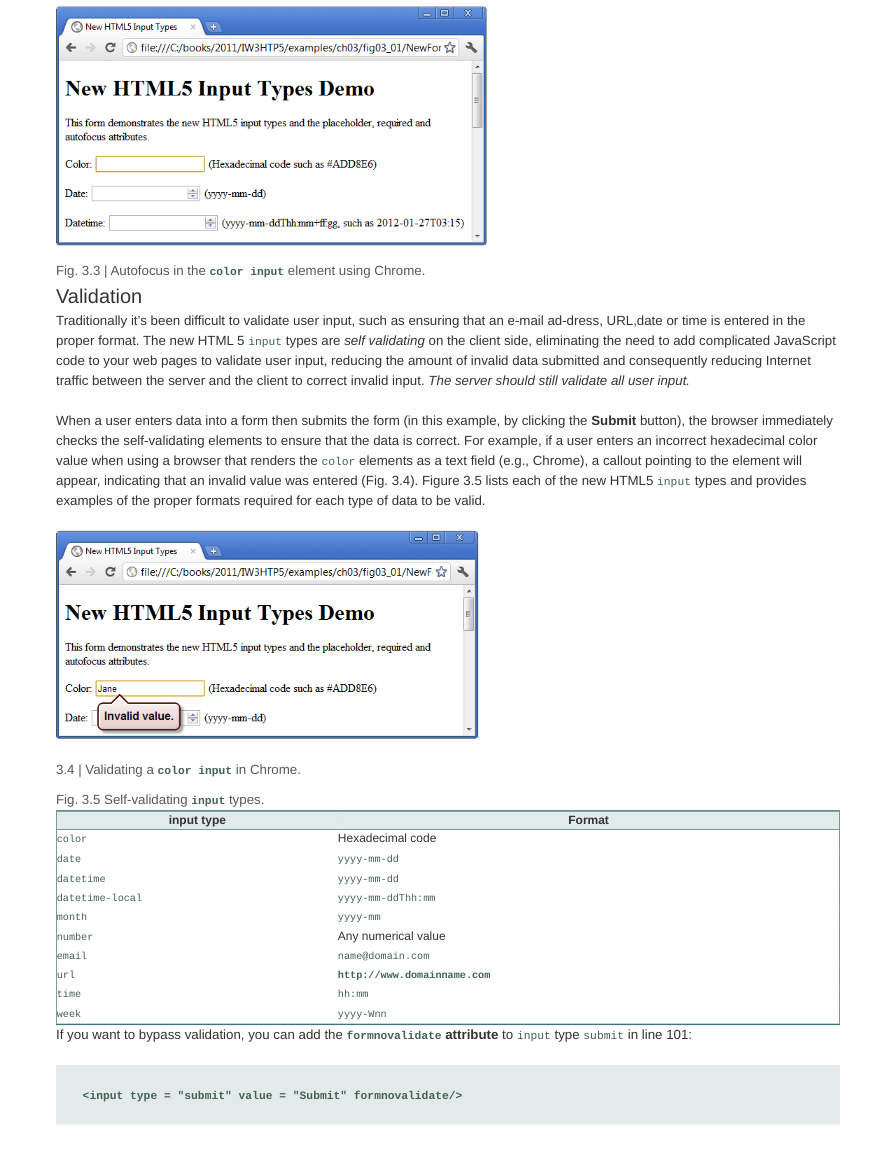
Repository: mlmEFSC21/P4-Textbook-Copy
Page: index.html
The author's editor kept a copy of each file at every save. The page is drawn from the files as they stood at one save, then again after the next save.
The browser window is 1280 px wide. The pictures show the part of the page from y = 869 to 2789 px (the page is 2532 px tall before and 2789 px after), at 70% of full size.

Above is the page before, as saved 2022-02-03 18:57:55.

After the next save:
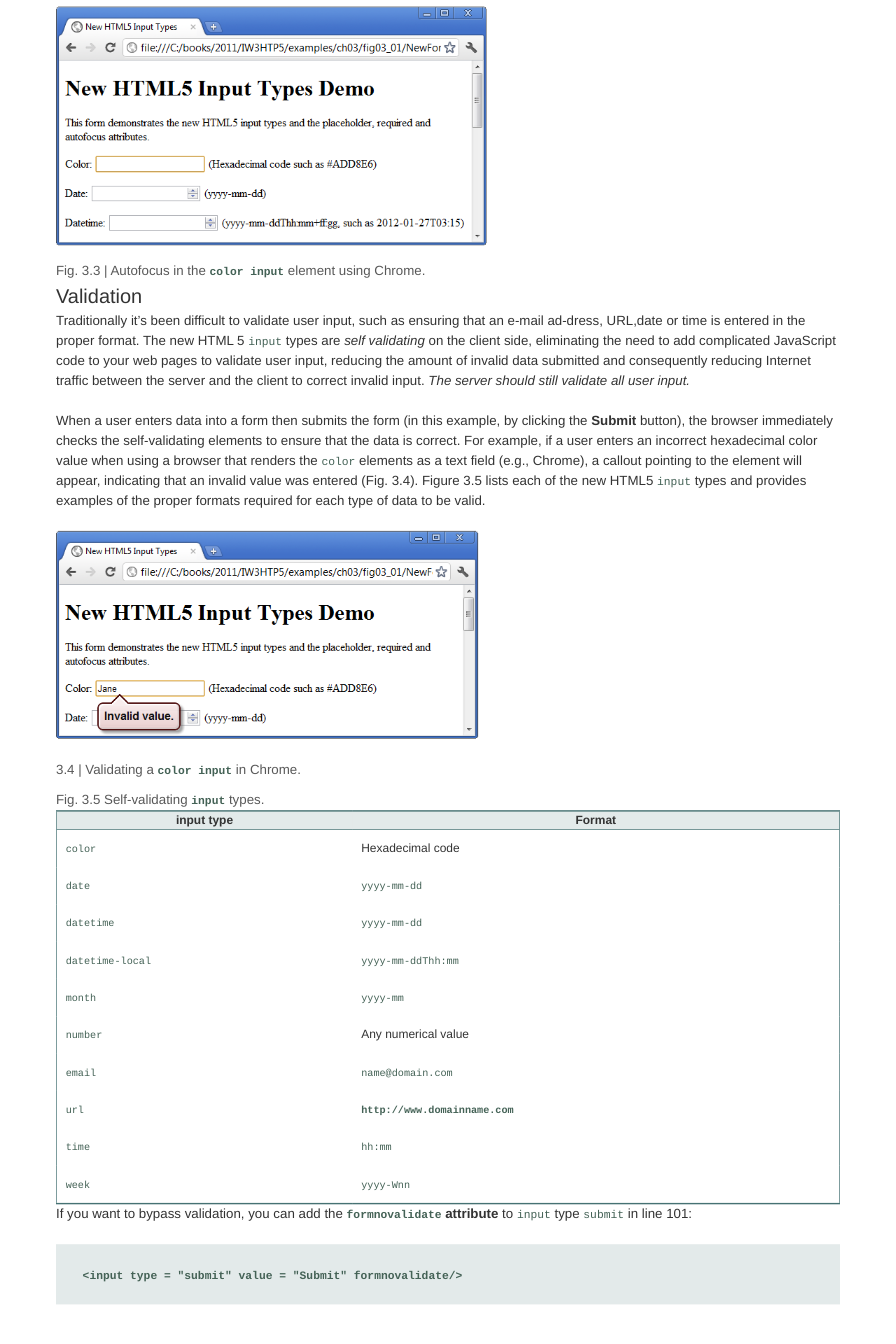
Saved 74 s later.
--- a/bookStyles.css
+++ b/bookStyles.css
@@ -83,6 +83,12 @@
     display: table-row;
     vertical-align: baseline;
 }
+table td {
+    padding: 0.75em;
+    margin: 0;
+    vertical-align: top;
+    text-align: left;
+}
 div {
     padding: 1.5em 0 1.5em 2em;
 }

After the save that followed:
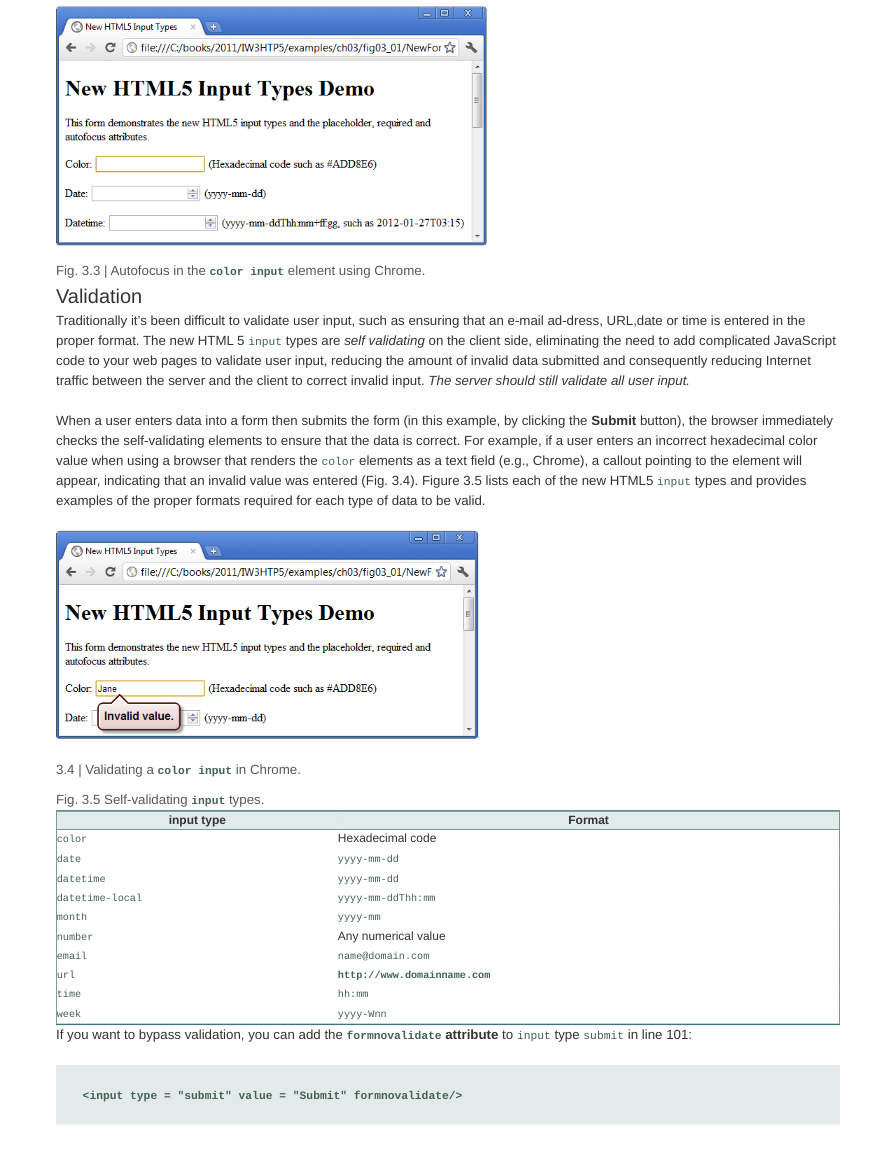
Saved 90 s later.
--- a/bookStyles.css
+++ b/bookStyles.css
@@ -4,6 +4,7 @@
     --clr-font-code: #446256;
     --clr-font-links: #275b8a;
     --clr-font-fig-figcap: #585858;
+    --clr-table-border: #467273;
     --clr-background: white;
     --clr-background-accent: rgba(70, 114, 115, 0.15);
 }
@@ -84,6 +85,7 @@
     vertical-align: baseline;
 }
 table td {
+    border: 1px solid #467273
     padding: 0.75em;
     margin: 0;
     vertical-align: top;
